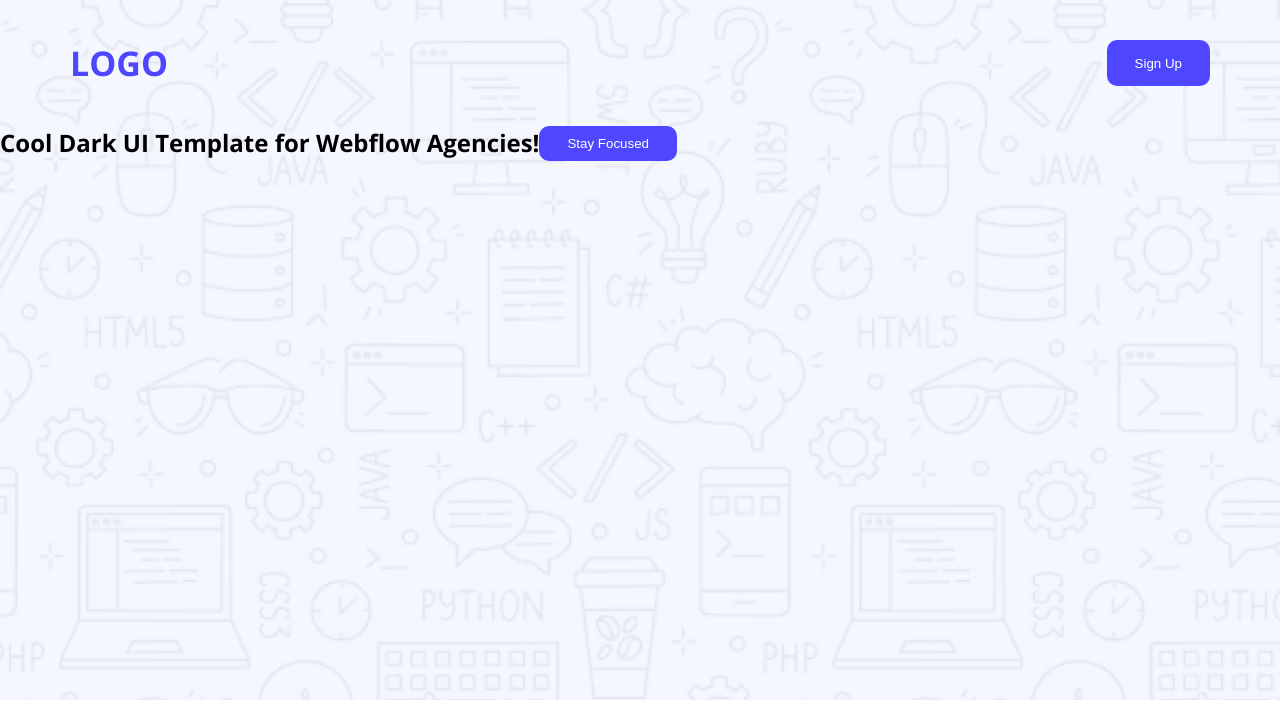
Repository: nahid-hasann/website-3
Page: index.html
The author's editor kept a copy of each file at every save. The page is drawn from the files as they stood at one save, then again after the next save.
The browser window is 1280 px wide. The pictures show the whole page.

Above is the page before, as saved 2025-07-10 19:26:32.

### index.html
<!DOCTYPE html>
<html lang="en">
<head>
    <meta charset="UTF-8">
    <meta name="viewport" content="width=device-width, initial-scale=10">
    <title>MH NaHid</title>
    <link rel="preconnect" href="https://fonts.googleapis.com">
<link rel="preconnect" href="https://fonts.gstatic.com" crossorigin>
<link href="https://fonts.googleapis.com/css2?family=Open+Sans:ital,wght@0,300..800;1,300..800&family=Raleway:ital,wght@0,100..900;1,100..900&display=swap" rel="stylesheet">
<link rel="stylesheet" href="style.css">
</head>
<body class="open-sans-normal">


<header class="header-section">
      <section class="section-1">
       <h1 style="font-size: 34px; color: #4e47ff;">LOGO</h1>
       <button class="btn">Sign Up</button>
      </section>

      <section class="section-2">
        <h1>Cool Dark UI Template for Webflow Agencies!</h1>
        <button class="btn">Stay Focused</button>
      </section>


</header>





</body>
</html>

### style.css
*{
    margin: 0;
    padding: 0;
    box-sizing: border-box;
}


.open-sans-normal {
  font-family: "Open Sans", sans-serif;
  font-optical-sizing: auto;
  font-style: normal;
  font-variation-settings:
    "wdth" 100;
}

.header-section{
    background-image: url('Assets/Hero-bg.png');
    background-repeat: no-repeat;
    background-position: center;
    background-size: cover;
    height: 700px;
}

.section-1{
    display: flex;
    justify-content: space-between;
    padding: 40px 0;
    width: 1140px;
    margin: auto;
}

.btn{
    padding: 10px 28px;
    border: none;
    background-color: #4e47ff ;
    color: white;
    border-radius: 10px;
}

.section-2{
    display: flex;
    display: ;
}

After the next save:
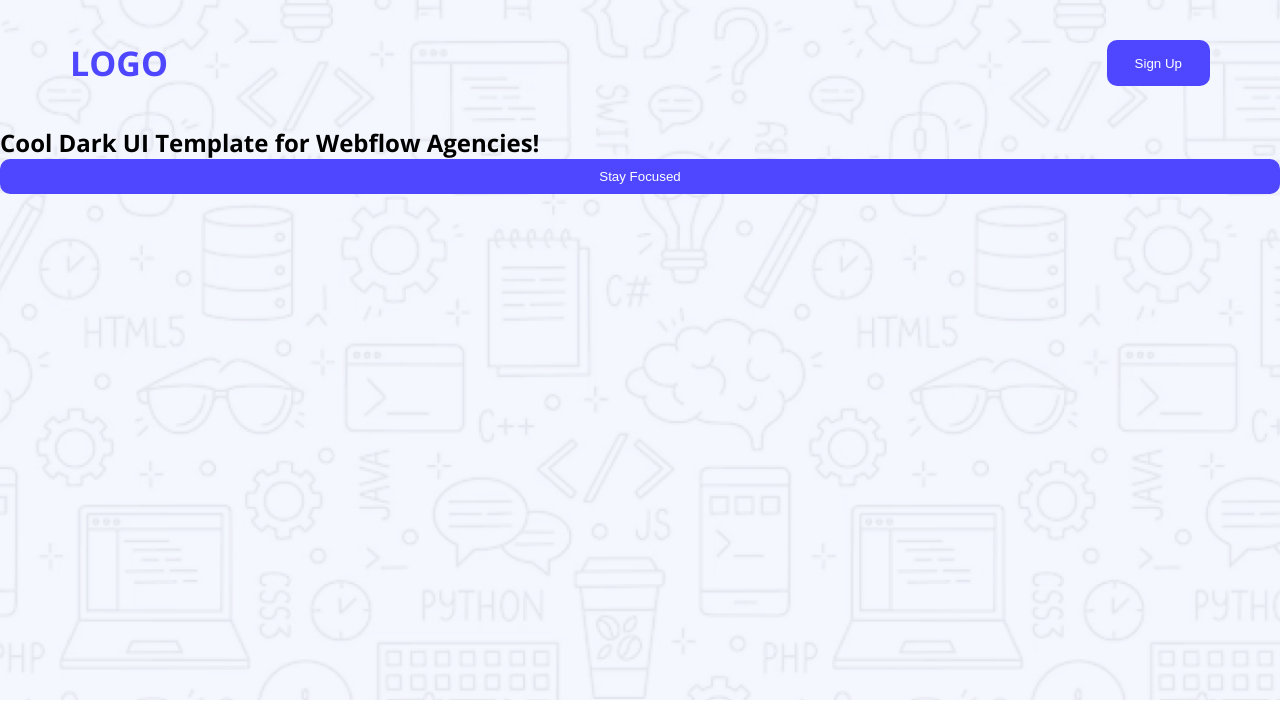
Saved 19 s later.
--- a/style.css
+++ b/style.css
@@ -39,5 +39,5 @@
 
 .section-2{
     display: flex;
-    display: ;
+    display: grid;
 }

After the save that followed:
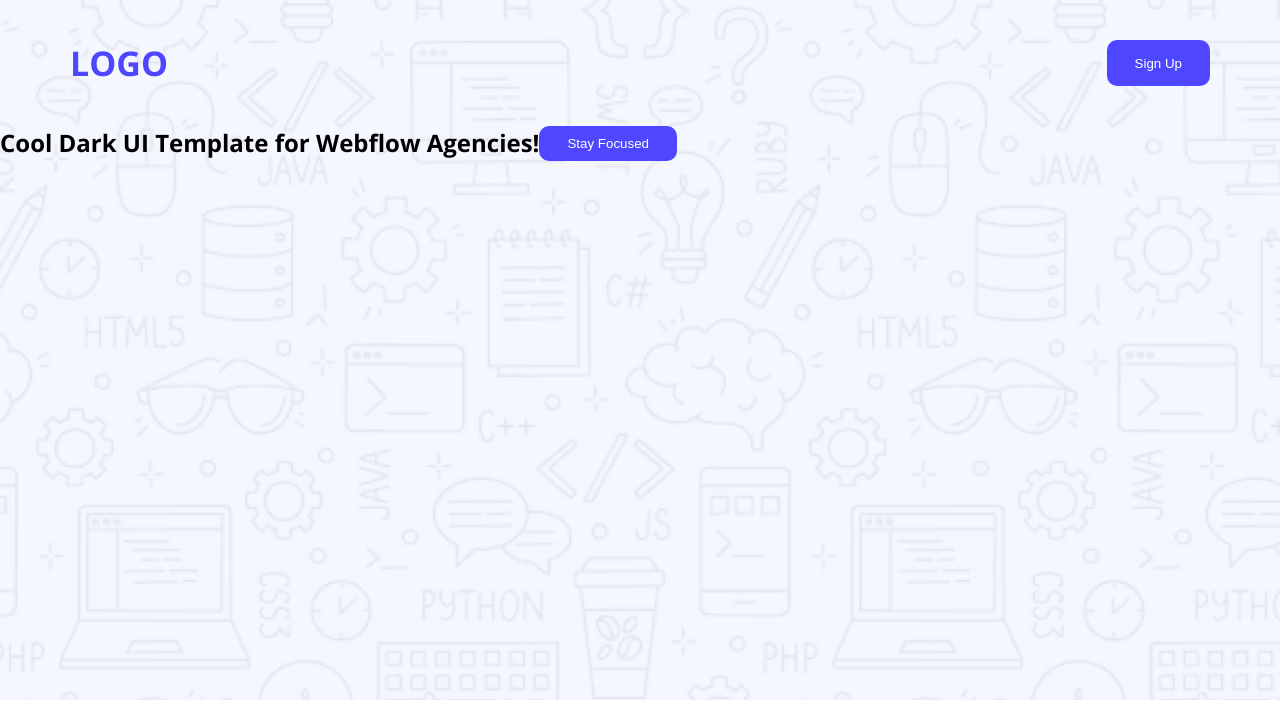
Saved 8 s later.
--- a/style.css
+++ b/style.css
@@ -39,5 +39,5 @@
 
 .section-2{
     display: flex;
-    display: grid;
+
 }
